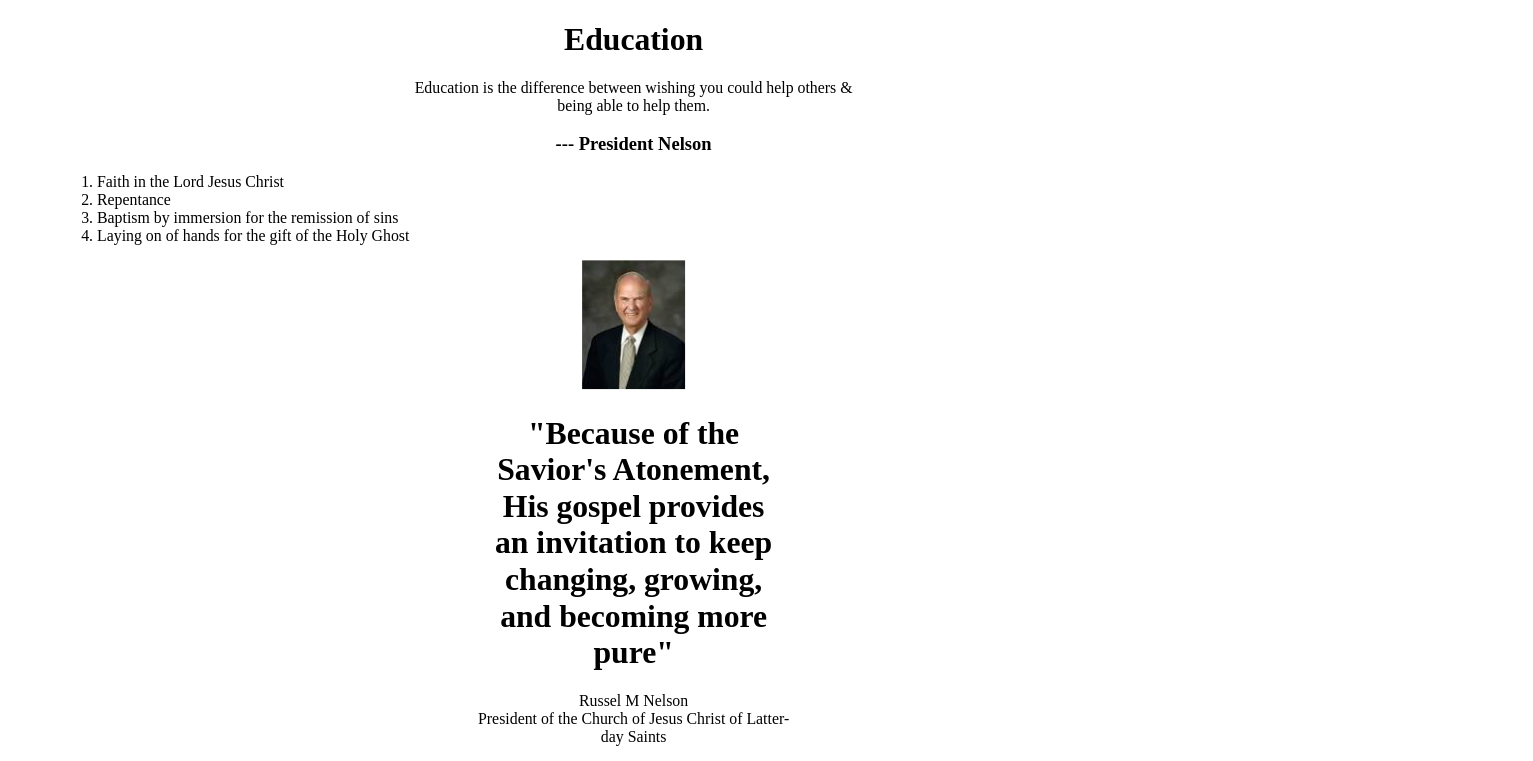
Repository: nak97/WDD-130
Page: ice challenge/index.html
The author's editor kept a copy of each file at every save. The page is drawn from the files as they stood at one save, then again after the next save.
The browser window is 1280 px wide. The page is 1322 px wide, then 1548 px, so the pictures cover 1548 px, including what lies to the right of the window. The pictures show the whole page, at 99% of full size.

Above is the page before, as saved 2023-01-24 21:11:53.

After the next save:
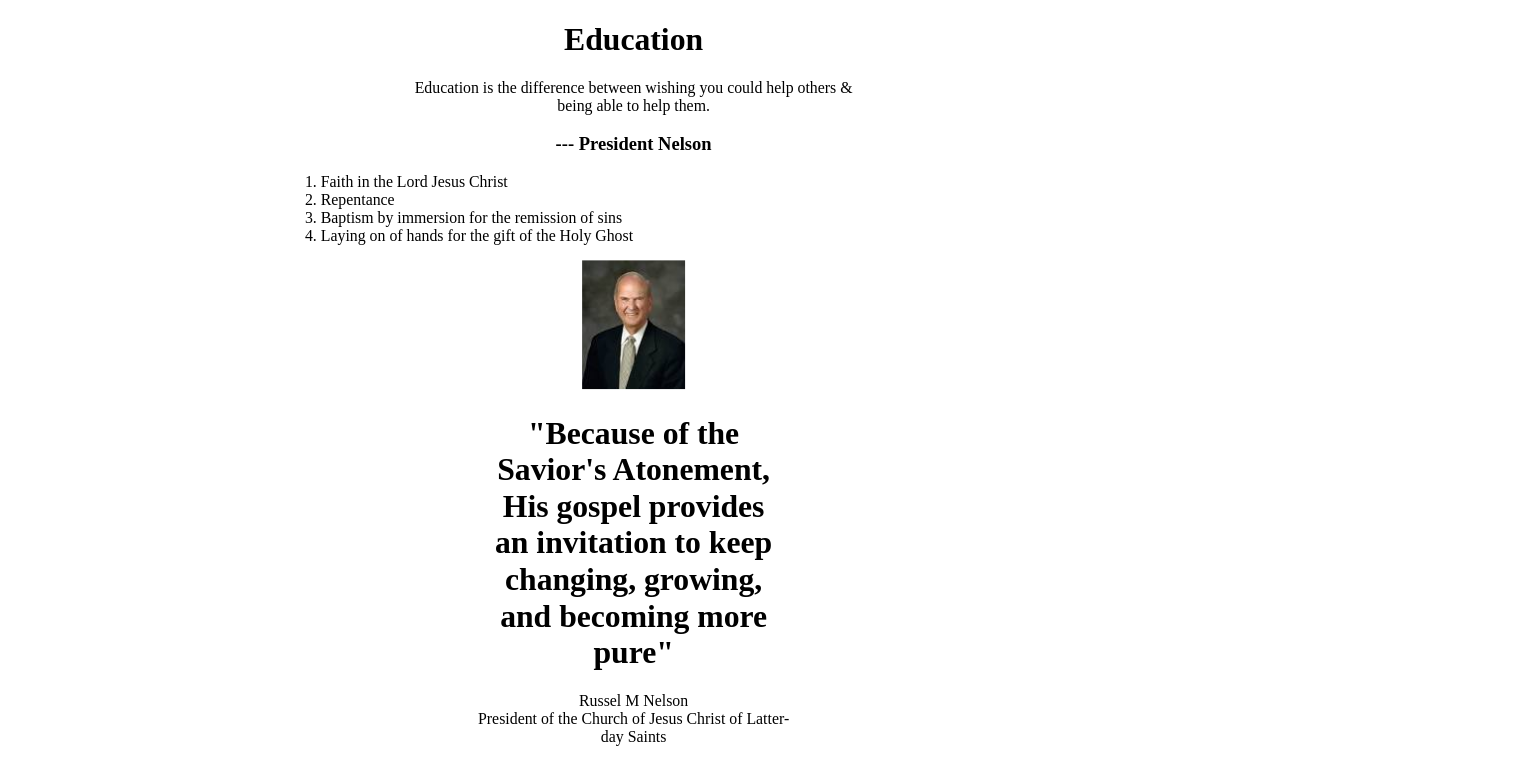
Saved 8 min 11 s later.
--- a/ice challenge/styles.css
+++ b/ice challenge/styles.css
@@ -4,7 +4,7 @@
 
 ol{
   position: relative;
-  left: 50px;
+  left: 17.25em;
 }
 .bot-info {
 text-align: center;
